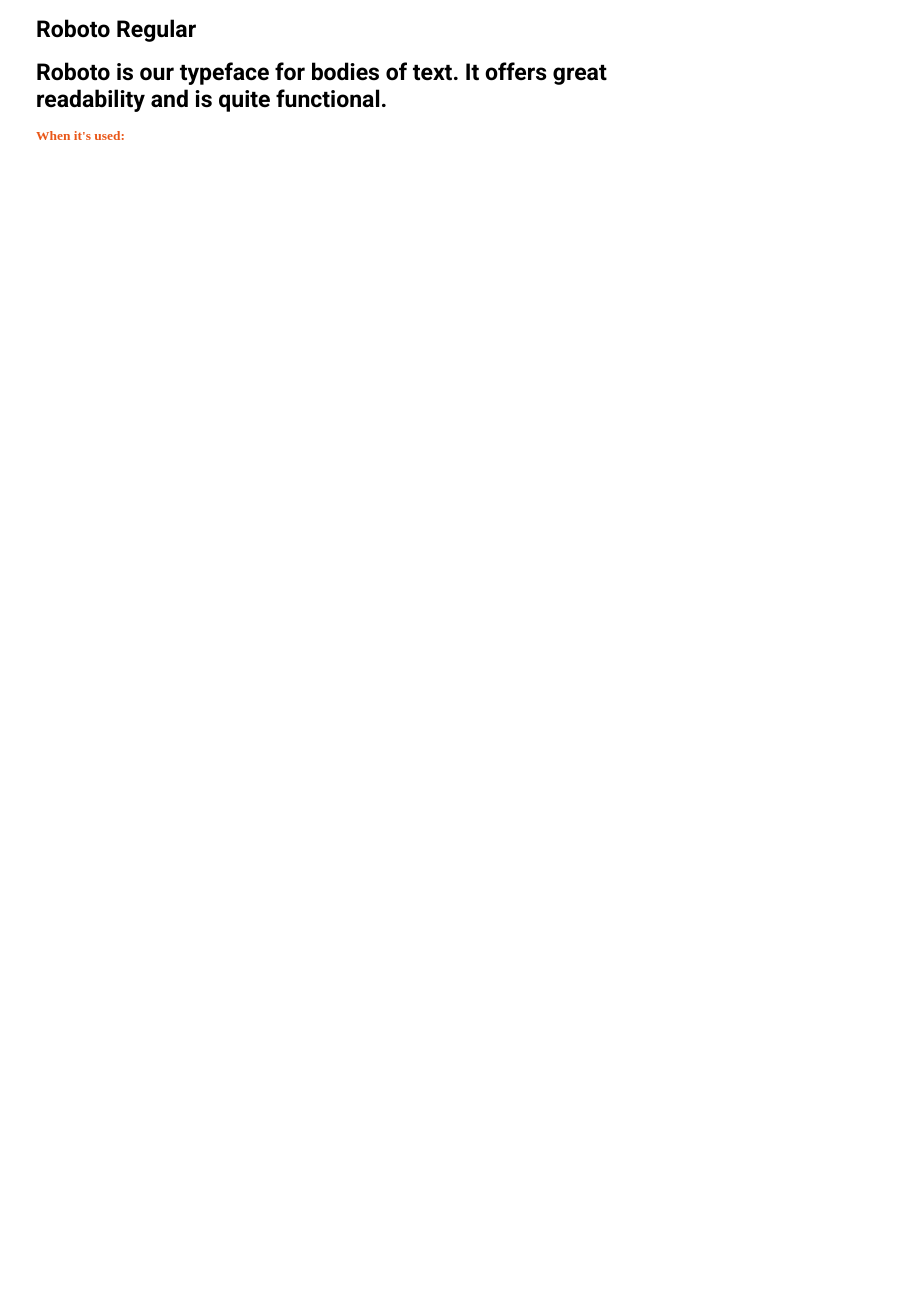
Repository: Levic559/bird-styleguide
Page: typography/index.html
An editor plug-in stored every save of this project. The page is shown before and after the next save, followed by the edit.
The browser window is 1280 px wide. The pictures show the whole page, at 72% of full size.

Above is the page before, as saved 2021-03-22 04:52:39.

After the next save:
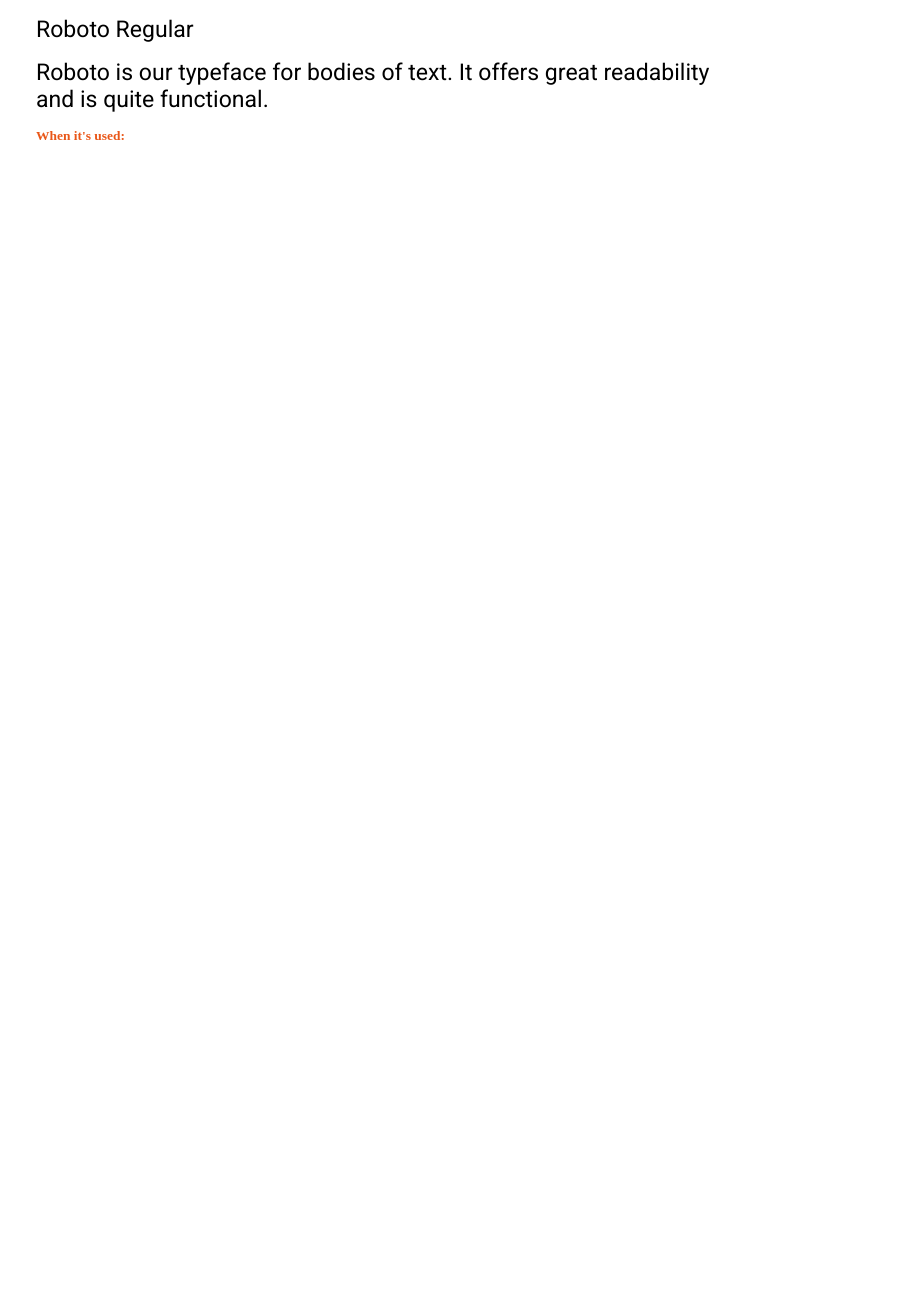
Saved 9 s later.
--- a/typography/style.css
+++ b/typography/style.css
@@ -19,7 +19,7 @@
 
 .Roboto {
     font-family: Roboto;
-    font-weight: bold;
+    font-weight: normal;
 }
 
 .Orange {
